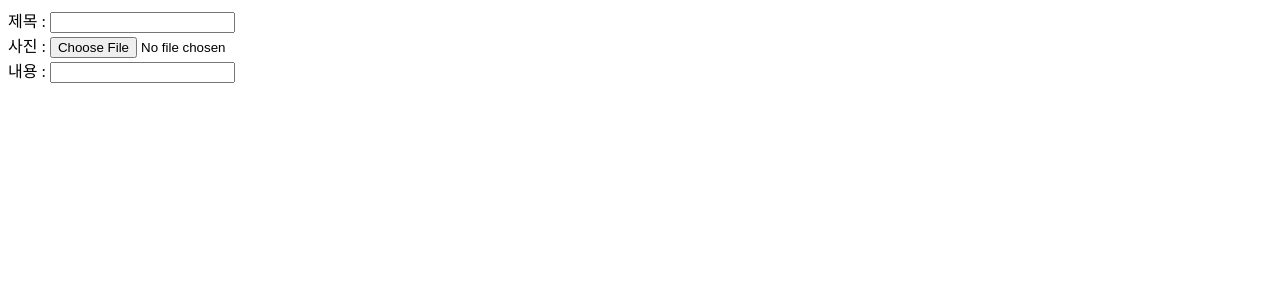
Repository: simDev1234/WebStudy
Page: http://localhost/2022_0607_FileUploadTest/input_file.jsp
The author's editor kept a copy of each file at every save. The page is drawn from the files as they stood at one save, then again after the next save.
The browser window is 1280 px wide. The pictures show the whole page.
The page is served by Tomcat 9. Other server files are loaded and not shown.

Above is the page before, as saved 2022-06-07 01:51:20.

### _01_상반기_WebStudy/2022_0607_FileUploadTest/src/main/webapp/input_file.jsp
<%@ page language="java" contentType="text/html; charset=UTF-8"
    pageEncoding="UTF-8"%>
<!DOCTYPE html>
<html>
<head>
<meta charset="UTF-8">
<title>Insert title here</title>
</head>
<body>

<!-- FileUpload용 form
     1. method = "POST"
     2. 인코딩 타입 : enctype = "multipart/form_data"
 -->

<form action = "" method = "POST" enctype = "multipart/form_data">
   제목 : <input name = "title"><br>
   사진 : <input type = "file" name = "photo"><br>
   내용 : <input>
</form>
</body>
</html>

After the next save:
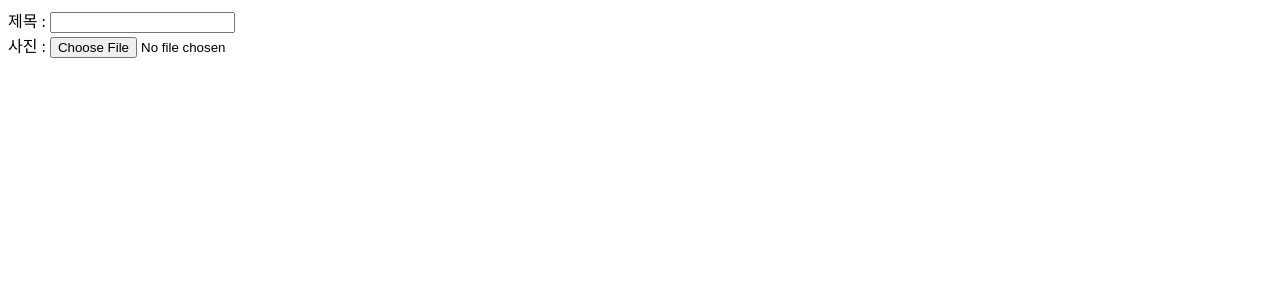
Saved 34 s later.
--- a/_01_상반기_WebStudy/2022_0607_FileUploadTest/src/main/webapp/input_file.jsp
+++ b/_01_상반기_WebStudy/2022_0607_FileUploadTest/src/main/webapp/input_file.jsp
@@ -16,7 +16,6 @@
 <form action = "" method = "POST" enctype = "multipart/form_data">
    제목 : <input name = "title"><br>
    사진 : <input type = "file" name = "photo"><br>
-   내용 : <input>
 </form>
 </body>
 </html>
